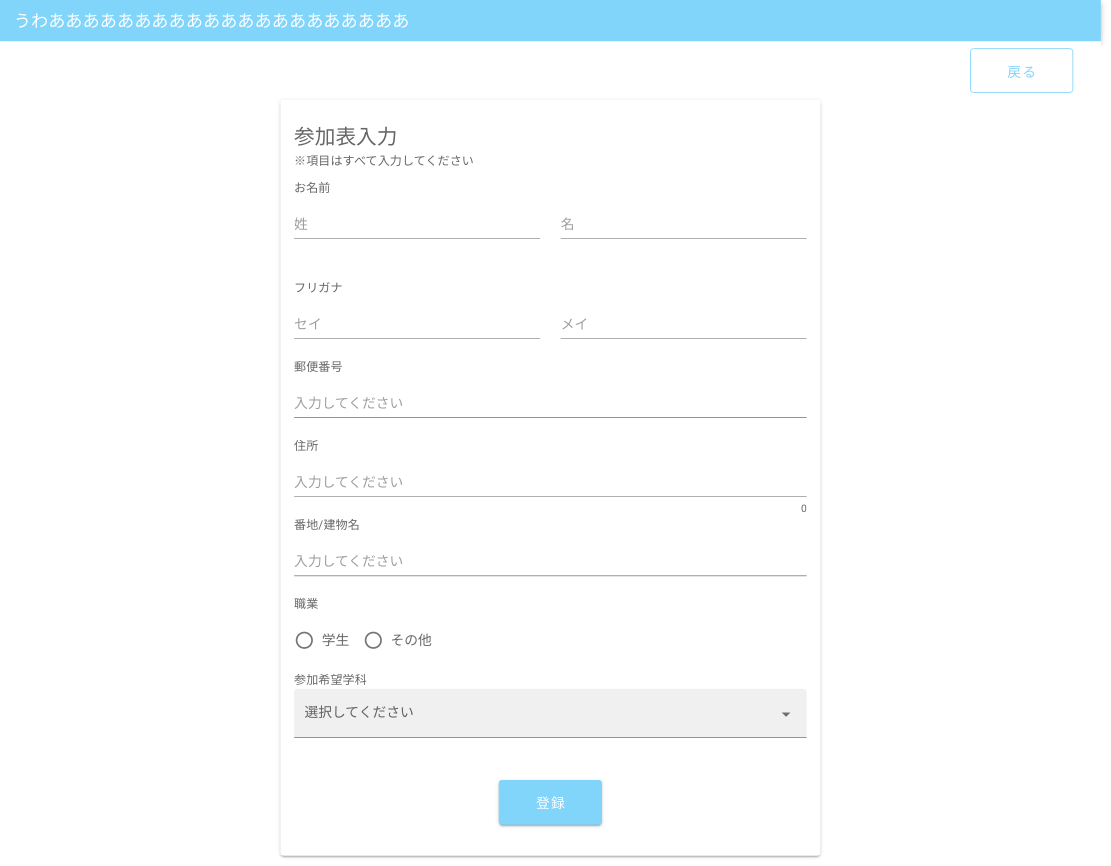
Repository: taniwhy/open-campus-system
Page: /#/register (app in client_view/)
An editor plug-in stored every save of this project. The page is shown before and after the next save, followed by the edit.
The browser window is 1280 px wide. The page is 1292 px wide, so the pictures cover 1292 px, including what lies to the right of the window. The pictures show the whole page, at 86% of full size.
The project was rebuilt for these pictures with package versions that can differ from the ones it lists, and the page was loaded fresh each time. Also part of the build but not shown: client_view/vue.config.js, client_view/src/components/Home.vue, client_view/src/components/Login.vue, client_view/src/components/Branch.vue.

Above is the page before, as saved 2019-11-28 12:24:44.

### client_view/public/index.html
<!DOCTYPE html>
<html lang="en">
  <head>
    <meta charset="utf-8">
    <meta http-equiv="X-UA-Compatible" content="IE=edge">
    <meta name="viewport" content="width=device-width,initial-scale=1.0">
    <link rel="icon" href="<%= BASE_URL %>favicon.ico">
    <title>client_view</title>
    <link rel="stylesheet" href="https://fonts.googleapis.com/css?family=Roboto:100,300,400,500,700,900">
    <link rel="stylesheet" href="https://cdn.jsdelivr.net/npm/@mdi/font@latest/css/materialdesignicons.min.css">
  </head>
  <body>
    <noscript>
      <strong>We're sorry but client_view doesn't work properly without JavaScript enabled. Please enable it to continue.</strong>
    </noscript>
    <div id="app"></div>
    <!-- built files will be auto injected -->
  </body>
</html>

### client_view/src/main.js
import Vue from 'vue'
import App from './App.vue'
import router from './router'
import store from './store'
import vuetify from './plugins/vuetify';

Vue.config.productionTip = false

new Vue({
    router,
    store,
    vuetify,
    render: h => h(App)
}).$mount('#app')

### client_view/src/App.vue
<template>
  <v-app>
    <div>
      <v-app-bar color="light-blue lighten-3" dense dark>

        <v-toolbar-title>うわあああああああああああああああああああああ</v-toolbar-title>

      </v-app-bar>
    </div>
    <v-content>
      <router-view></router-view>
    </v-content>
  </v-app>
</template>

<script>
export default {
  name: "App",

  components: {},

  data: () => ({
    //
  })
};
</script>

### client_view/src/router/index.js
import Vue from 'vue'
import VueRouter from 'vue-router'
import Home from '../components/Home.vue'
import Login from '../components/Login.vue'
import Branch from '../components/Branch.vue'
import Register from '../components/Register.vue'

Vue.use(VueRouter)

const routes = [{
        path: '/',
        name: 'home',
        component: Home
    },
    {
        path: '/login',
        name: 'login',
        component: Login
    },
    {
        path: '/branch',
        name: 'branch',
        component: Branch
    },
    {
        path: '/register',
        name: 'register',
        component: Register
    },
]

const router = new VueRouter({
    routes
})

export default router

### client_view/src/components/Register.vue
<template>
  <v-app>
    <v-container fluid>
      <v-row>
        <v-col>
          <v-row align="center" justify="end" style="width: 100%;">
            <v-btn
              x-large
              flat
              to="/Branch"
              class="ma-2"
              outlined
              color="light-blue lighten-3"
              width="120px"
            >戻る</v-btn>
          </v-row>
        </v-col>
      </v-row>
    </v-container>

    <v-row justify="center">
      <v-col cols="12" sm="10" md="8" lg="6">
        <v-card ref="form">
          <v-card-text>
            <v-list-item-content>
              <v-list-item-title class="headline mb-1">参加表入力</v-list-item-title>
              <v-list-item-subtitle>※項目はすべて入力してください</v-list-item-subtitle>
            </v-list-item-content>
            <v-row>
              <v-col>
                お名前
                <v-text-field
                  ref="name"
                  v-model="name"
                  :rules="[
              () => !!name || '※入力されていません',
              () => !!name && name.length <= 15 || '※15文字以内で入力してください',
              ]"
                  :error-messages="errorMessages"
                  placeholder="姓"
                  required
                  width="100px"
                ></v-text-field>
              </v-col>
              <v-col>
                <br />
                <v-text-field
                  ref="name"
                  v-model="name"
                  :rules="[
              () => !!name || '※入力されていません',
              () => !!name && name.length <= 15 || '※15文字以内で入力してください',
              ]"
                  :error-messages="errorMessages"
                  placeholder="名"
                  required
                ></v-text-field>
              </v-col>
            </v-row>
            <v-row>
              <v-col>
                フリガナ
                <v-text-field
                  ref="name"
                  v-model="name"
                  :rules="[
              () => !!name || '※入力されていません',
              () => !!name && name.length <= 15 || '※15文字以内で入力してください',
              ]"
                  :error-messages="errorMessages"
                  placeholder="セイ"
                  required
                ></v-text-field>
              </v-col>
              <v-col>
                <br />
                <v-text-field
                  ref="name"
                  v-model="name"
                  :rules="[
              () => !!name || '※入力されていません',
              () => !!name && name.length <= 15 || '※15文字以内で入力してください',
              ]"
                  :error-messages="errorMessages"
                  placeholder="メイ"
                  required
                ></v-text-field>
              </v-col>
            </v-row>郵便番号
            <v-text-field
              v-model="post"
              :rules="[
              () => !!post || '※入力されていません',
              () => post.match(/^\d+$/) || '半角数字のみを入力してください',
              () => post.length == 7 || '※7桁で入力してください',
              ]"
              required
              placeholder="入力してください"
            ></v-text-field>住所
            <v-text-field
              v-model="address"
              :rules="[
              () => !!address || '※入力されていません',
              () => !!address && address.length <= 32 || '※32文字以内で入力してください',
            ]"
              placeholder="入力してください"
              counter
              required
            ></v-text-field>番地/建物名
            <v-text-field
              ref="zip"
              v-model="zip"
              :rules="[
              () => !!zip || '※入力されていません',
              () => !!zip && zip.length <= 32 || '※32文字以内で入力してください',
            ]"
              required
              placeholder="入力してください"
            ></v-text-field>職業
            <v-radio-group v-model="row" row>
              <v-radio label="学生" value="radio-1" @change="student_check = !student_check"></v-radio>
              <v-radio label="その他" value="radio-2" @change="student_check = !student_check"></v-radio>
            </v-radio-group>
            <div v-if="student_check">
              学年
              <v-select :items="gakunen_items" filled label="選択してください"></v-select>卒業予定年
              <v-select :items="yotei_items" filled label="選択してください"></v-select>
            </div>
            <div v-if="student_check">
              学年
              <v-select :items="gakunen_items" filled label="選択してください"></v-select>卒業予定年
              <v-select :items="yotei_items" filled label="選択してください"></v-select>
            </div>参加希望学科
            <v-select :items="gakka_items" filled label="選択してください"></v-select>
            <v-card-actions>
              <v-col align="center" justify="start">
                <v-btn class="white--text" x-large color="light-blue lighten-3" width="120px">登録</v-btn>
              </v-col>
            </v-card-actions>
          </v-card-text>
        </v-card>
      </v-col>
    </v-row>
  </v-app>
</template>

<script>
export default {
  name: "Register",
  data: () => ({
    student_check: false,
    gakunen_items: ["1学年", "2学年", "3学年", "4学年"],
    yotei_items: ["2020年", "2021年", "2022年", "2023年"],
    gakka_items: [
      "医療福祉事務学科",
      "診療情報管理士学科",
      "ホテルブライダル学科",
      "経営アシスト学科",
      "公務員・公務員速修学科",
      "保育学科",
      "情報スペシャリスト学科",
      "情報システム学科",
      "ゲームクリエイター・ゲームプログラマー学科",
      "データマーケター学科",
      "ネット動画クリエイター学科",
      "CGデザイン学科"
    ]
  })
};
</script>

Loaded but not shown: client_view/src/store/index.js (common file); client_view/src/plugins/vuetify.js (common file)

After the next save:
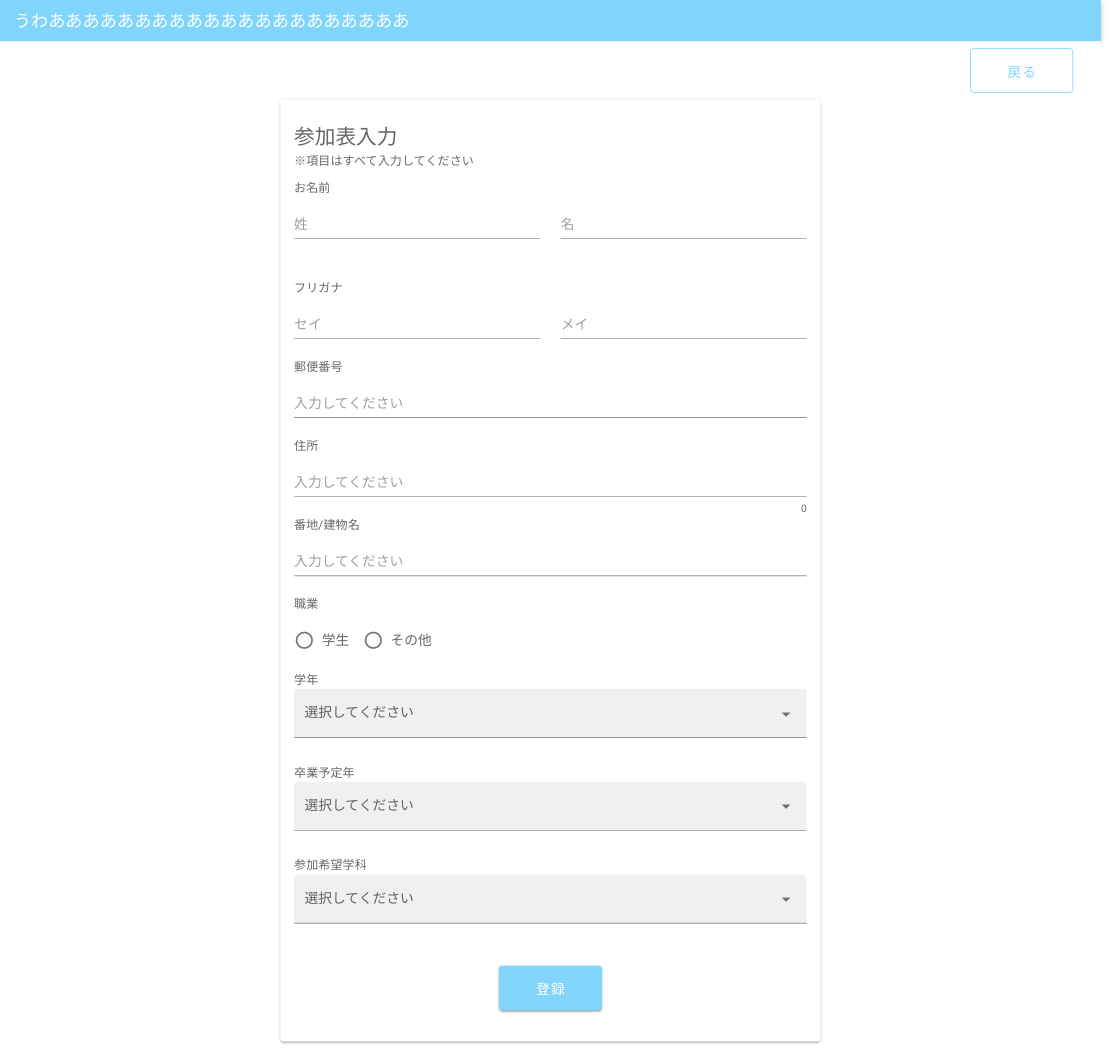
Saved 14 s later.
--- a/client_view/src/components/Register.vue
+++ b/client_view/src/components/Register.vue
@@ -126,7 +126,7 @@
               <v-select :items="gakunen_items" filled label="選択してください"></v-select>卒業予定年
               <v-select :items="yotei_items" filled label="選択してください"></v-select>
             </div>
-            <div v-if="student_check">
+            <div v-if="!student_check">
               学年
               <v-select :items="gakunen_items" filled label="選択してください"></v-select>卒業予定年
               <v-select :items="yotei_items" filled label="選択してください"></v-select>
